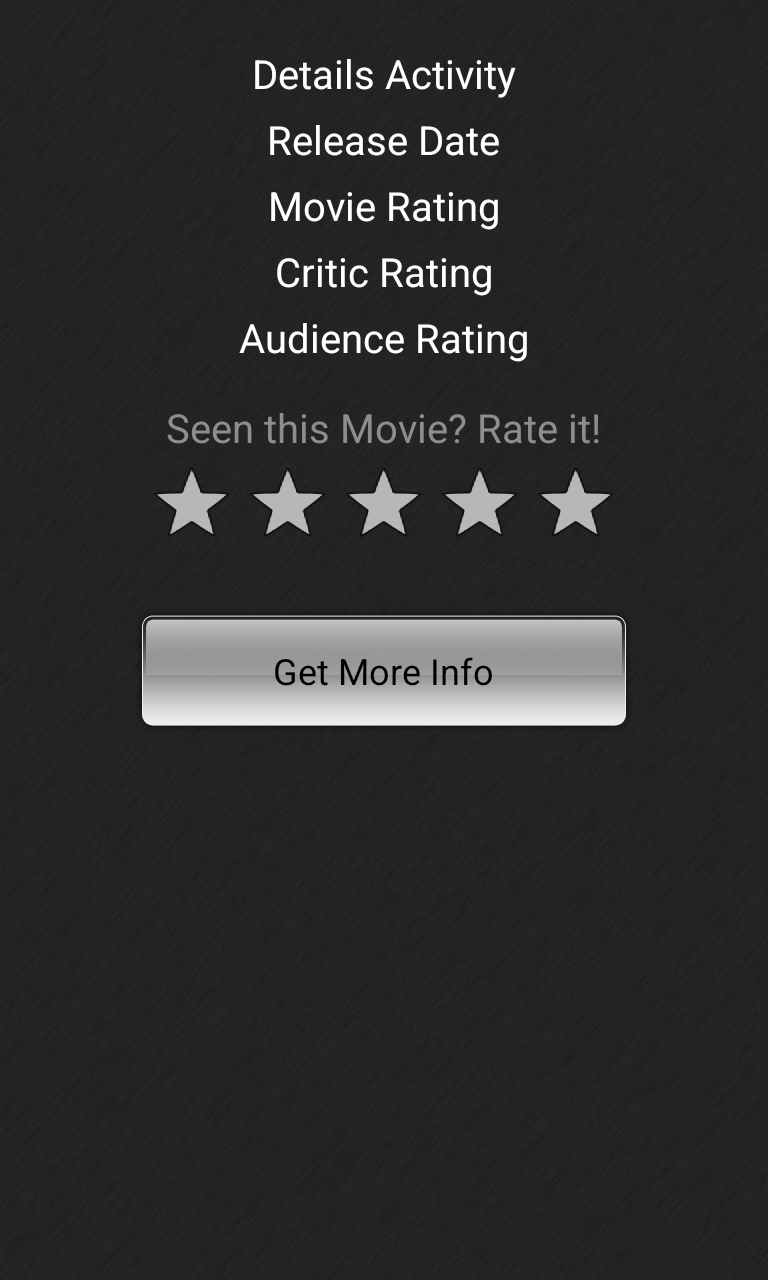
Repository: efreestone/Java2_Freestone
Layout: Java2Project3/res/layout/activity_details.xml
The author's editor kept a copy of each file at every save. The layout is drawn from the files as they stood at one save, then again after the next save.
It is drawn on a 768 x 1280 px phone screen (xhdpi) without system bars, with theme AppTheme; the app's code is not run.

Above is the layout before, as saved 2014-05-22 03:42:57.

After the next save:
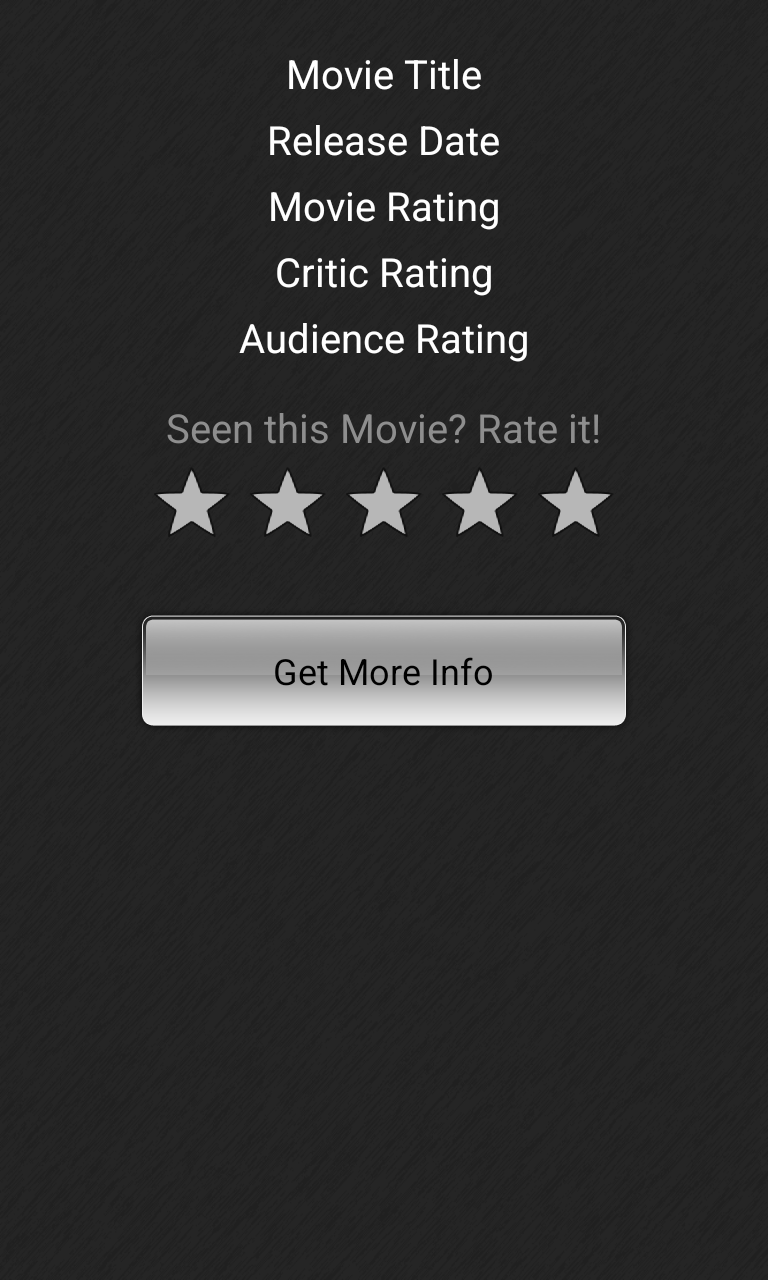
Saved 3 min 49 s later.
--- a/Java2Project3/res/layout/activity_details.xml
+++ b/Java2Project3/res/layout/activity_details.xml
@@ -14,7 +14,7 @@
         android:textColor="#ffffff"
         android:textSize="20sp"
         android:padding="3dp"
-        android:text="Details Activity" />
+        android:text="Movie Title" />
 
     <TextView
         android:id="@+id/releaseTextView"
